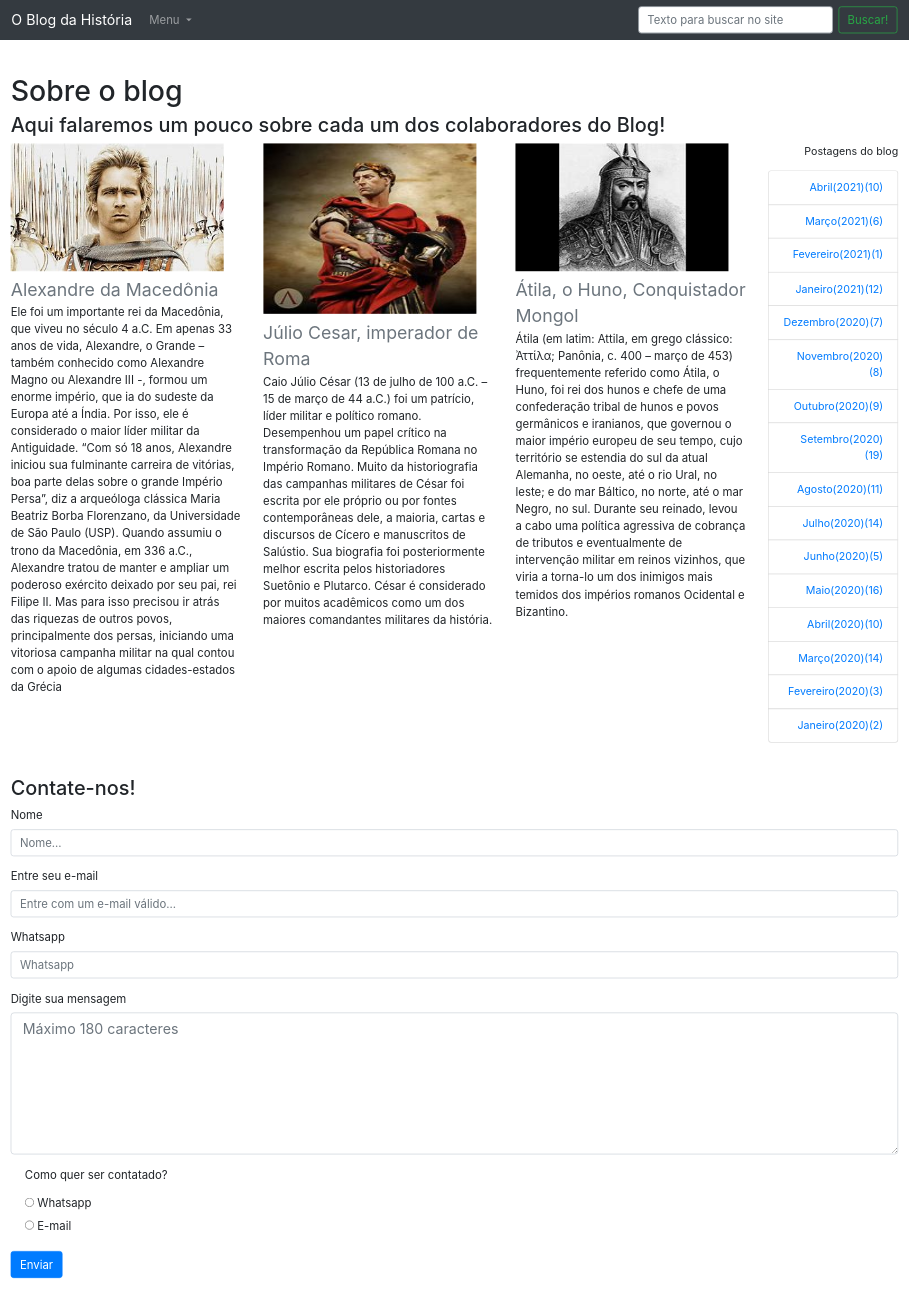
Repository: xhenrique/blog_layout_bootstrap
Page: source/sobre.html
The author's editor kept a copy of each file at every save. The page is drawn from the files as they stood at one save, then again after the next save.
The browser window is 1280 px wide. The pictures show the whole page, at 71% of full size.

Above is the page before, as saved 2021-04-25 02:54:40.

After the next save:
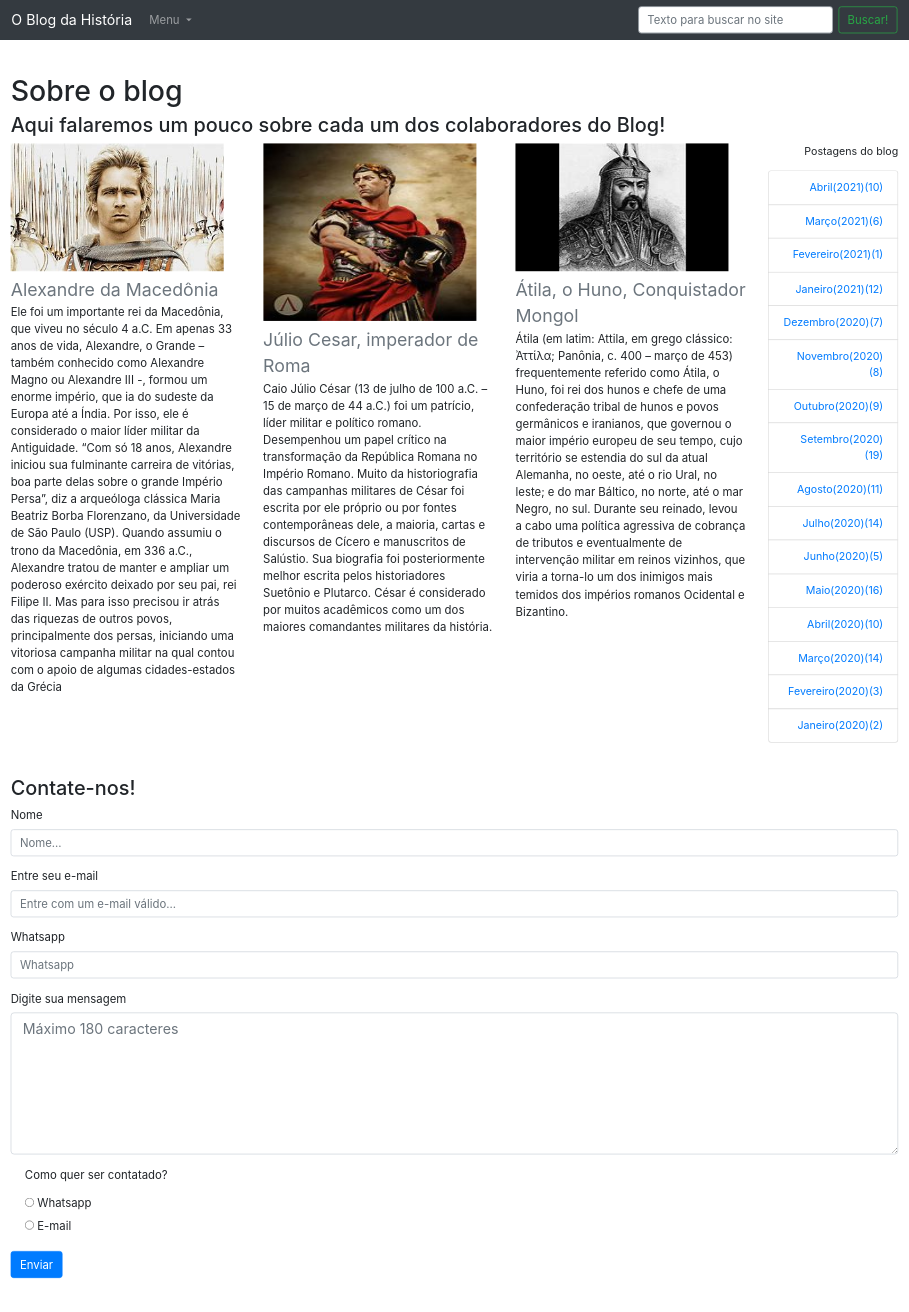
Saved 5 s later.
--- a/source/sobre.html
+++ b/source/sobre.html
@@ -59,7 +59,7 @@
                 <p>Ele foi um importante rei da Macedônia, que viveu no século 4 a.C. Em apenas 33 anos de vida, Alexandre, o Grande – também conhecido como Alexandre Magno ou Alexandre III -, formou um enorme império, que ia do sudeste da Europa até a Índia. Por isso, ele é considerado o maior líder militar da Antiguidade. “Com só 18 anos, Alexandre iniciou sua fulminante carreira de vitórias, boa parte delas sobre o grande Império Persa”, diz a arqueóloga clássica Maria Beatriz Borba Florenzano, da Universidade de São Paulo (USP). Quando assumiu o trono da Macedônia, em 336 a.C., Alexandre tratou de manter e ampliar um poderoso exército deixado por seu pai, rei Filipe II. Mas para isso precisou ir atrás das riquezas de outros povos, principalmente dos persas, iniciando uma vitoriosa campanha militar na qual contou com o apoio de algumas cidades-estados da Grécia</p>
             </div>
             <div class="col">
-                <img class="figure-img" src="../img/th.jfif" alt="imperador" style="height: 240px; width: 300px">
+                <img class="figure-img" src="../img/th.jfif" alt="imperador" style="height: 250px; width: 300px">
                 <figcaption class="figure-caption" style="font-size: 25px;">
                     Júlio Cesar, imperador de Roma
                 </figcaption>
